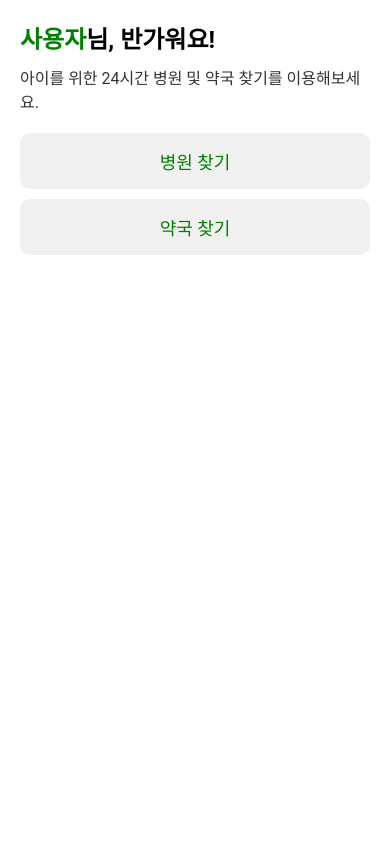
Repository: Sesac-icare/FrontEndiCare
Screen: / (app in iCare/)
An editor plug-in stored every save of this project. The screen is shown before and after the next save, followed by the edit.
The app was drawn by React Native's web renderer in a window 390 px wide. The project was rebuilt for these pictures with package versions that can differ from the ones it lists, and the page was loaded fresh each time. Some packages were replaced by stand-ins written for this rebuild.

Above is the screen before, as saved 2025-02-04 16:01:13.

### iCare/index.js
import { registerRootComponent } from "expo";

import App from "./App";

// registerRootComponent calls AppRegistry.registerComponent('main', () => App);
// It also ensures that whether you load the app in Expo Go or in a native build,
// the environment is set up appropriately
registerRootComponent(App);

// import { AppRegistry } from "react-native";
// import App from "./src/App";
// import { iCare } from "./app.json";

// import appConfig from "./app.json";

// const appName = appConfig.expo.name;

// AppRegistry.registerComponent(appName, () => App);

### iCare/App.js
// import { StatusBar } from "expo-status-bar";
// import { StyleSheet, Text, View } from "react-native";

// export default function App() {
//   return (
//     <View style={styles.container}>
//       <Text>Open up App.js to start working on your app!</Text>
//       <StatusBar style="auto" />
//     </View>
//   );
// }

// const styles = StyleSheet.create({
//   container: {
//     flex: 1,
//     backgroundColor: "#fff",
//     alignItems: "center",
//     justifyContent: "center"
//   }
// });
//__________________________________________________________
// import App from "./src/App";
// import { StatusBar } from "expo-status-bar";
// import React from "react";
// import {Text} from 'react-native';

// export default function App() {
//   return (
//     <>
//     <View style={styles.container}>
//       <Text>Open up App.js to start working on your app!</Text>
//       <StatusBar style="auto" />
//     </View>
//     </>
//   );
// }

// export default App;

import React, { useCallback } from "react";
import { View, Text, StyleSheet, Platform } from "react-native";
import * as SplashScreen from "expo-splash-screen";
import * as Font from "expo-font";

// 스플래시 스크린 유지
SplashScreen.preventAutoHideAsync();

export default function App() {
  const [fontsLoaded] = Font.useFonts({
    // 임시로 시스템 폰트를 사용하거나, 폰트 로딩을 제거
    // NotoSansKR: require("./assets/fonts/NotoSansKR-Regular.otf")
  });

  const onLayoutRootView = useCallback(async () => {
    if (fontsLoaded) {
      await SplashScreen.hideAsync();
    }
  }, [fontsLoaded]);

  if (!fontsLoaded) {
    return null;
  }

  return (
    <View style={styles.container} onLayout={onLayoutRootView}>
      <View style={styles.titleContainer}>
        <Text
          style={[
            styles.titleGreen,
            { fontFamily: Platform.OS === "ios" ? "System" : "Roboto" }
          ]}
        >
          사용자
        </Text>
        <Text
          style={[
            styles.title,
            { fontFamily: Platform.OS === "ios" ? "System" : "Roboto" }
          ]}
        >
          님, 반가워요!
        </Text>
      </View>
      <Text
        style={[
          styles.subtitle,
          { fontFamily: Platform.OS === "ios" ? "System" : "Roboto" }
        ]}
      >
        아이를 위한 24시간 병원 및 약국 찾기를 이용해보세요.
      </Text>
      <View style={styles.button}>
        <Text
          style={[
            styles.buttonText,
            { fontFamily: Platform.OS === "ios" ? "System" : "Roboto" }
          ]}
        >
          병원 찾기
        </Text>
      </View>
      <View style={styles.button}>
        <Text
          style={[
            styles.buttonText,
            { fontFamily: Platform.OS === "ios" ? "System" : "Roboto" }
          ]}
        >
          약국 찾기
        </Text>
      </View>
    </View>
  );
}

const styles = StyleSheet.create({
  container: {
    flex: 1,
    backgroundColor: "#fff",
    padding: 20
  },
  titleContainer: {
    flexDirection: "row"
  },
  titleGreen: {
    fontSize: 24,
    fontWeight: "bold",
    color: "green"
    // fontFamily: "NotoSansKR" // 주석 처리
  },
  title: {
    fontSize: 24,
    fontWeight: "bold",
    color: "black",
    marginBottom: 10
    // fontFamily: "NotoSansKR" // 주석 처리
  },
  subtitle: {
    fontSize: 16,
    color: "#333",
    marginBottom: 20
    // fontFamily: "NotoSansKR" // 주석 처리
  },
  button: {
    backgroundColor: "#f0f0f0",
    padding: 15,
    borderRadius: 10,
    marginBottom: 10,
    alignItems: "center"
  },
  buttonText: {
    fontSize: 18,
    color: "green"
    // fontFamily: "NotoSansKR" // 주석 처리
  }
});

After the next save:
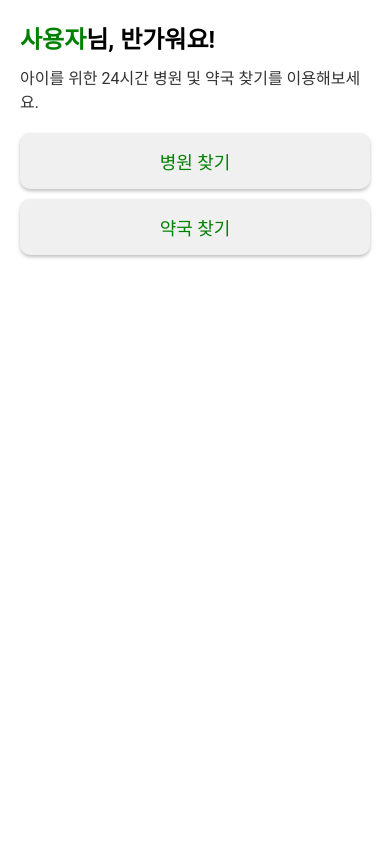
Saved 34 s later.
--- a/iCare/App.js
+++ b/iCare/App.js
@@ -38,7 +38,13 @@
 // export default App;
 
 import React, { useCallback } from "react";
-import { View, Text, StyleSheet, Platform } from "react-native";
+import {
+  View,
+  Text,
+  StyleSheet,
+  Platform,
+  TouchableOpacity
+} from "react-native";
 import * as SplashScreen from "expo-splash-screen";
 import * as Font from "expo-font";
 
@@ -89,7 +95,13 @@ export default function App() {
       >
         아이를 위한 24시간 병원 및 약국 찾기를 이용해보세요.
       </Text>
-      <View style={styles.button}>
+      <TouchableOpacity
+        style={styles.button}
+        onPress={() => {
+          // 병원 찾기 기능 추가 예정
+          console.log("병원 찾기 클릭됨");
+        }}
+      >
         <Text
           style={[
             styles.buttonText,
@@ -98,8 +110,14 @@ export default function App() {
         >
           병원 찾기
         </Text>
-      </View>
-      <View style={styles.button}>
+      </TouchableOpacity>
+      <TouchableOpacity
+        style={styles.button}
+        onPress={() => {
+          // 약국 찾기 기능 추가 예정
+          console.log("약국 찾기 클릭됨");
+        }}
+      >
         <Text
           style={[
             styles.buttonText,
@@ -108,7 +126,7 @@ export default function App() {
         >
           약국 찾기
         </Text>
-      </View>
+      </TouchableOpacity>
     </View>
   );
 }
@@ -146,7 +164,15 @@ const styles = StyleSheet.create({
     padding: 15,
     borderRadius: 10,
     marginBottom: 10,
-    alignItems: "center"
+    alignItems: "center",
+    elevation: 3, // Android 그림자
+    shadowColor: "#000", // iOS 그림자
+    shadowOffset: {
+      width: 0,
+      height: 2
+    },
+    shadowOpacity: 0.25,
+    shadowRadius: 3.84
   },
   buttonText: {
     fontSize: 18,
